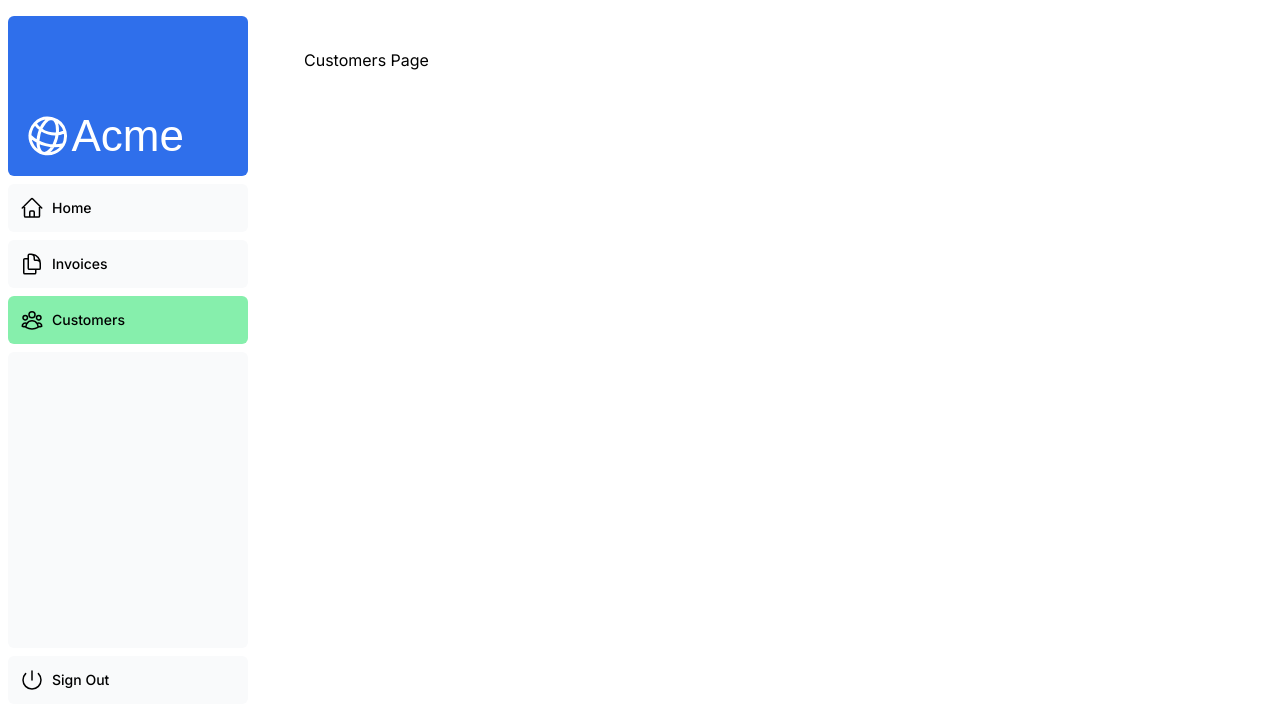
Repository: rlhardrock/NextJS
Page: /dashboard/customers
The author's editor kept a copy of each file at every save. The page is drawn from the files as they stood at one save, then again after the next save.
The browser window is 1280 px wide. The pictures show the whole page.
Some web fonts or font styles are not loaded; a fallback is used. The project was rebuilt for these pictures with package versions that can differ from the ones it lists, and the page was loaded fresh each time. The framework's server and built-in components were replaced by stand-ins that run in the browser. Also part of the build but not shown: next.config.ts.

Above is the page before, as saved 2024-12-15 22:59:27.

After the next save:
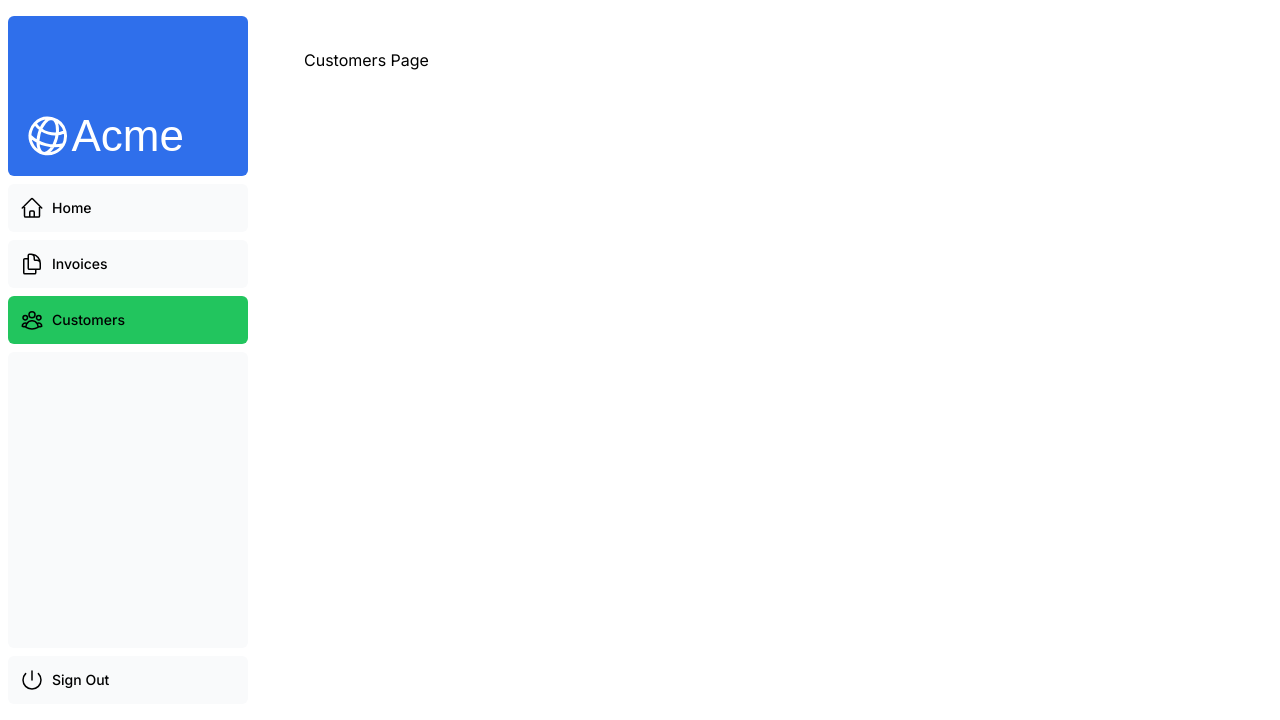
Saved 9 s later.
--- a/app/ui/dashboard/nav-links.tsx
+++ b/app/ui/dashboard/nav-links.tsx
@@ -34,7 +34,7 @@
             className={clsx(
               'flex h-[48px] grow items-center justify-center gap-2 rounded-md bg-gray-50 p-3 text-sm font-medium hover:bg-blue-800 hover:text-orange-400 md:flex-none md:justify-start md:p-2 md:px-3',
               {
-                'bg-green-300 text-black-600': pathname === link.href,
+                'bg-green-500 text-black-600': pathname === link.href,
               },
             )}
           >
